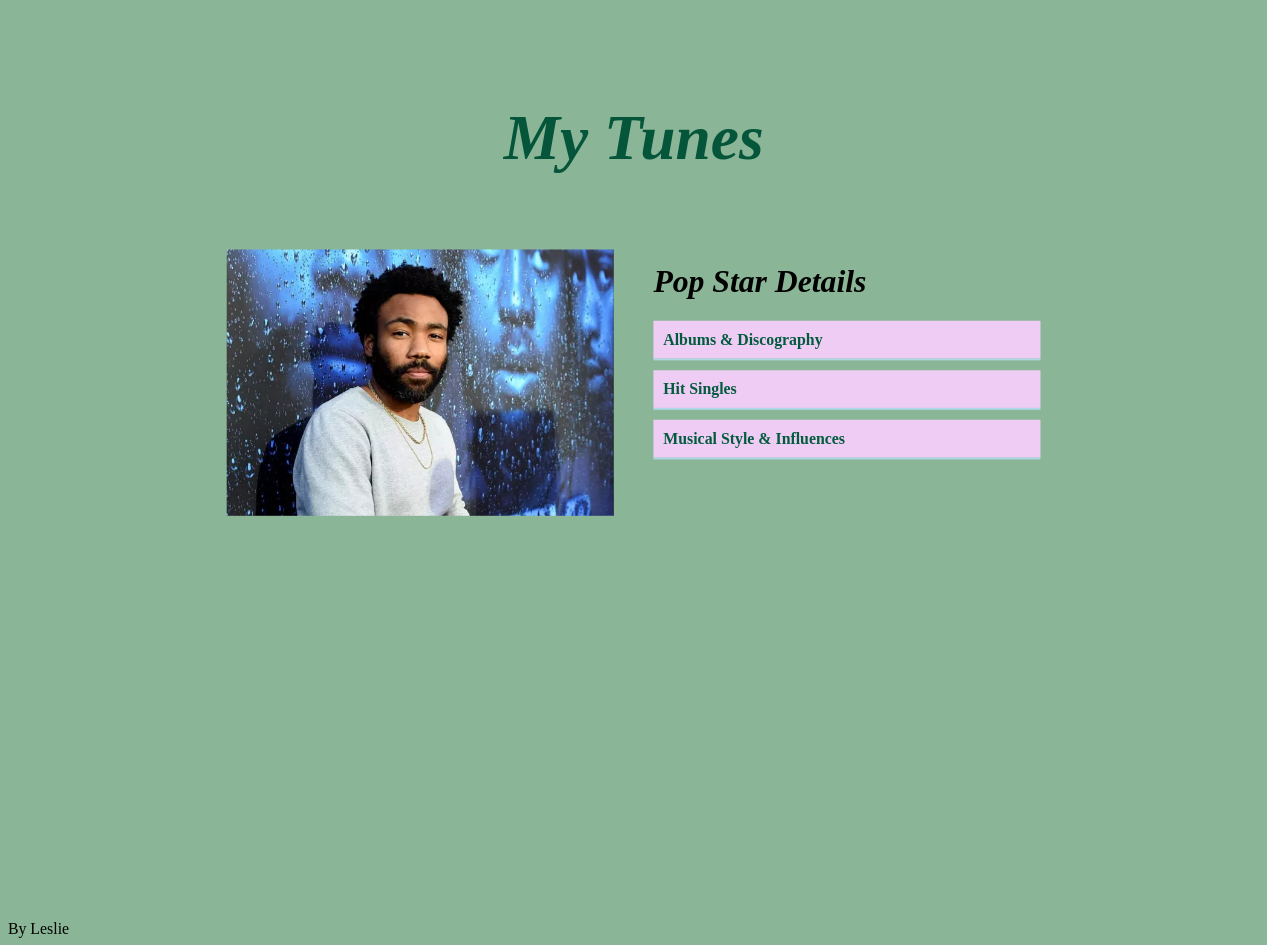
Repository: leslie179/labOne
Page: /
The author's editor kept a copy of each file at every save. The page is drawn from the files as they stood at one save, then again after the next save.
The browser window is 1280 px wide. The pictures show the whole page, at 99% of full size.
The project was rebuilt for these pictures with package versions that can differ from the ones it lists, and the page was loaded fresh each time. The framework's server and built-in components were replaced by stand-ins that run in the browser. Also part of the build but not shown: next.config.js, components/Footer/Footer.module.css.

Above is the page before, as saved 2024-09-15 22:46:43.

### pages/index.js
import Head from 'next/head'
import styles from '@/styles/Home.module.css'
import Footer from '@/components/Footer'
import Header from '@/components/Header'
import LeftComponent from '@/components/LeftComponent'
import RightComponent from '@/components/RightComponent'

export default function Home() {
  return (
    <>
      <Head>
        <title>Create Next App</title>
        <meta name="description" content="Generated by create next app" />
        <meta name="viewport" content="width=device-width, initial-scale=1" />
        <link rel="icon" href="/favicon.ico" />
      </Head>
      <Header/>
      <main className={`${styles.main}`}>
      <div className={styles.container}>
      <div className={styles.left}>
                <LeftComponent />
            </div>
            <div className={styles.right}>
              <h1 className={styles.h1}>Pop Star Details</h1>
                <RightComponent />
            </div>
            </div>
      </main>
      <Footer/>
    </>
  )
}

### styles/globals.css
:root {
  background-color: rgb(138, 181, 151);

}

a {
  color: inherit;
  text-decoration: none;

}

### styles/Home.module.css
.main {
  display: flex;
  flex-direction: column;
  justify-content: space-between;
  align-items: center;
  padding: 1rem;
  min-height: 20vh;
}

.container {
  display: flex;
  width: 70%;
  height: 100vh;

}

.left, .right {
  width: 50%;
  padding: 20px;
  box-sizing: border-box;
}



.h1{
  padding-top: 8%;
  font-style: italic;
}

### components/Footer/index.js
import styles from "./Footer.module.css"

export default function Footer() {
    return(
        <footer className={styles.Footer}>
            By Leslie
        </footer>
    )
}

### components/Header/index.js
import styles from './Header.module.css';


export default function Header() {
    return (
        <header className={styles.header}>
            <h1>My Tunes</h1>
        </header>
    );
}

### components/LeftComponent/index.js
import styles from './LeftComponent.module.css';

export default function LeftComponent() {
    return (
        <div>
            <img src="childish_icon.jpg" alt="Childish Icon" className={styles.image} />
        </div>
    );
}

### components/RightComponent/index.js
import { useState } from 'react';
import styles from './RightComponent.module.css';

export default function RightComponent() {
    const [activeIndex, setActiveIndex] = useState(null);

    const toggleAccordion = (index) => {
        setActiveIndex(activeIndex === index ? null : index);
    };

    const categories = [
        {
            title: 'Albums & Discography',
            content: '"Camp" \n"Because the Internet" \n"Awaken, My Love!"'
        },
        {
            title: 'Hit Singles',
            content: '"3005"\n "Redbone"\n "This Is America" which won Grammys for its cultural impact.'
        },
        {
            title: 'Musical Style & Influences',
            content: 'Blend of hip hop, soul, funk, and rock, drawing influence from Prince, OutKast, and more.'
        }
    ];

    return (
        <div className={styles.accordion}>
            {categories.map((category, index) => (
                <div key={index} className={styles.item}>
                    <div className={styles.title} onClick={() => toggleAccordion(index)}>
                        {category.title}
                    </div>
                    <div className={`${styles.content} ${activeIndex === index ? styles.show : ''}`}>
                        <p>{category.content.split('\n').map((line, i) => (
                            <span key={i}>{line}<br /></span>
                        ))}</p>
                    </div>
                </div>
            ))}
        </div>
    );
}

### components/Header/Header.module.css
.header {
    text-align: center;
    padding-top: 7.5%;
  }

  .header h1 {
    margin: 0;
    padding: 0;
    font-size: 4rem;
    font-style: italic;
    color: rgb(4, 85, 58);
  }

### components/LeftComponent/LeftComponent.module.css
.left {
    width: 50%;
    background-color: lightgray;
    padding: 20px;
    box-sizing: border-box;
    height: 100vh;
    float: left;
}

.image{
    width: 100%;
    padding-top: 10%;
}

### components/RightComponent/RightComponent.module.css
.right {
    width: 50%;
    padding: 20px;

    box-sizing: border-box;
    height: 100vh;
    float: right;
}


.item {
    border-bottom: 2.5px solid lightblue;
    margin-bottom: 10px;
}

.title {
    cursor: pointer;
    padding: 10px;
    background-color: #eeccf4;
    color: rgb(3, 91, 62);
    font-weight: bold;
}

.content {
    max-height: 0;
    overflow: hidden;
    transition: max-height 0.3s ease-out;
}

.show {
    max-height: 100px;
}

Loaded but not shown: pages/_app.js (common file); pages/_document.js (common file)

After the next save:
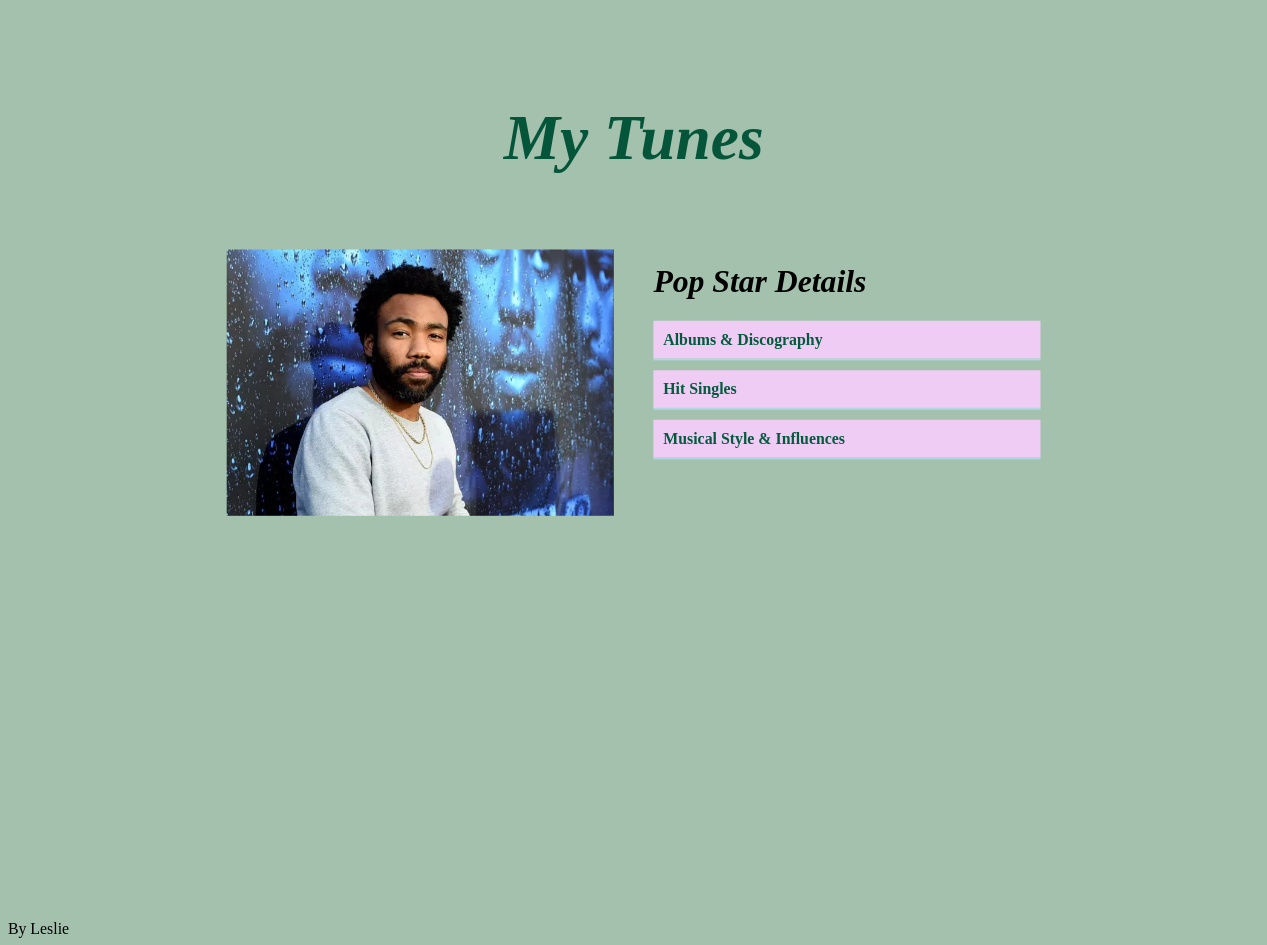
Saved 6 s later.
--- a/styles/globals.css
+++ b/styles/globals.css
@@ -1,5 +1,5 @@
 :root {
-  background-color: rgb(138, 181, 151);
+  background-color: rgb(163, 193, 172);
 
 }
 
